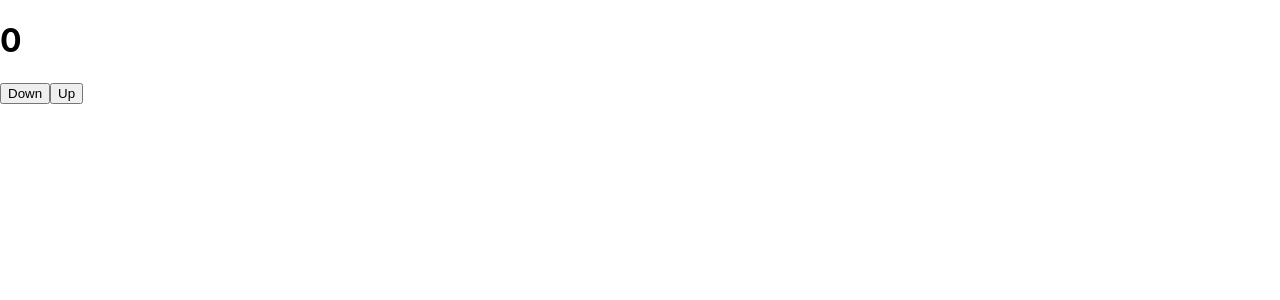
Repository: codysun1912/code
Page: / (app in react-webpack/tiktok/)
These files come from the project's save history. The page is drawn as it stood at one moment and after a run of saves; the edit follows.
The browser window is 1280 px wide. The pictures show the whole page.
The project was rebuilt for these pictures with package versions that can differ from the ones it lists, and the page was loaded fresh each time.

Above is the page before, as saved 2022-03-16 10:02:25.

After the next 2 saves:
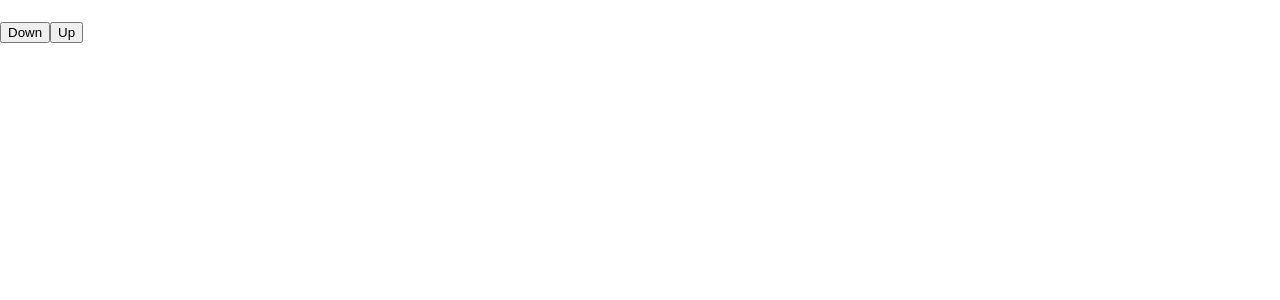
The 2 saves are shown as one change because 1 did not build or start.
The last was saved 33 s later.
--- a/react-webpack/tiktok/src/App.js
+++ b/react-webpack/tiktok/src/App.js
@@ -19,7 +19,7 @@ const reducer = (state , action) => {
 
 
 function App() {
-  const [count , setCount] = useState(0)
+  const [count , setCount] = useReducer(initState,reducer)
 
 
   return (
